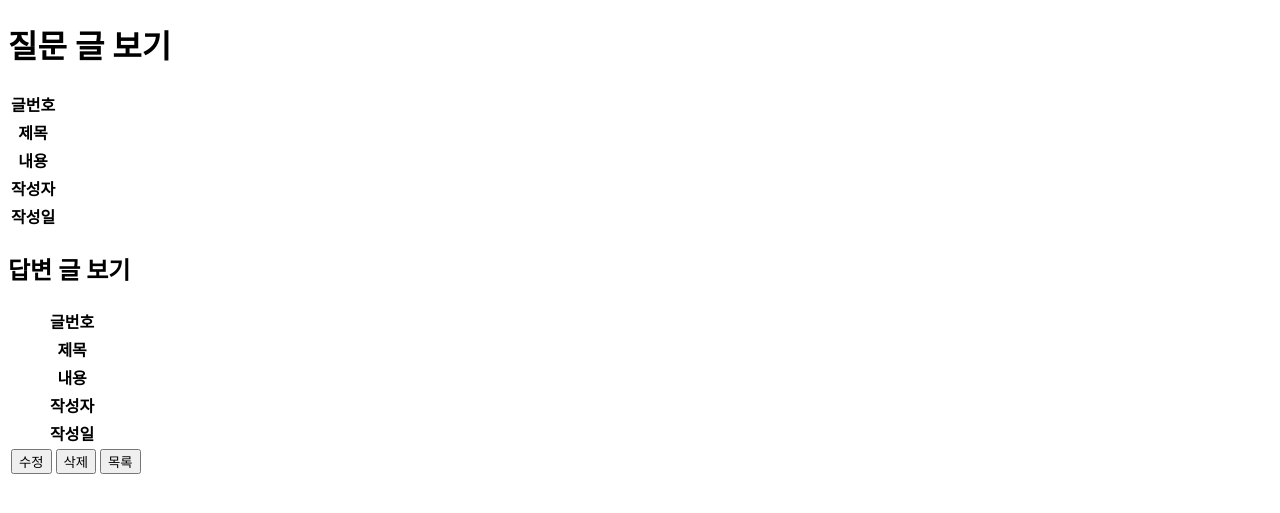
Repository: xo461/test
Page: http://localhost/cafeatte/WEB-INF/views/qna/view2.jsp
These files come from the project's save history. The page is drawn as it stood at one moment and after the next save; the edit follows.
The browser window is 1280 px wide. The pictures show the whole page.
The page is served by Tomcat 9. Nobody is signed in. Other server files are loaded and not shown. The template is opened directly, without the code that normally fills it, so the values that code supplies are empty.

Above is the page before, as saved 2020-01-02 03:47:16.
Console error: ReferenceError: $ is not defined

### web/cafeatte/WebContent/WEB-INF/views/qna/view2.jsp
<%@page import="com.cafeatte.main.Service"%>
<%@page import="com.cafeatte.main.Execute"%>
<%@page import="com.cafeatte.bean.Beans"%>
<%@taglib prefix="c" uri="http://java.sun.com/jsp/jstl/core"%>
<%@ page language="java" contentType="text/html; charset=UTF-8"
    pageEncoding="UTF-8"%>

<!DOCTYPE html>
<html>
<head>
<meta charset="UTF-8">
<title>질문답변 보기 </title>
<script type="text/javascript">
$(function() {
	// 삭제 버튼 이벤트 처리
	$("#deleteBtn").click(function () {
		if(!confirm("정말 삭제 하시겠습니까?"))
		return false; // a tag의 href를 취소 시킨다. -> location.href를 변경하는 태그 a
	});

});
</script>

<!-- Bootstrap 라이브러리 -->
</head>
<body>
<h1>질문  글 보기</h1>
<table class="table" >
<tr>
	<th>글번호</th><td>${dto.no }</td>
</tr>
<tr>
	<th>제목</th><td>${dto.title }</td>
</tr>

<tr>
	<th>내용</th><td><pre>${dto.content }</pre></td>
</tr>
<tr>
	<th>작성자</th><td>${dto.id }</td>
</tr>

<tr>
	<th>작성일</th><td>${dto.writeDate }</td>
</tr>
</table>

<h2>답변 글 보기</h2>
<table class="table" >
<tr>
	<th>글번호</th><td>${dto1.no }</td>
</tr>
<tr>
	<th>제목</th><td>${dto1.title }</td>
</tr>

<tr>
	<th>내용</th><td><pre>${dto1.content }</pre></td>
</tr>
<tr>
	<th>작성자</th><td>${dto1.id }</td>
</tr>

<tr>
	<th>작성일</th><td>${dto1.writeDate }</td>
</tr>


<tr>
	<td colspan="2">
	<c:if test="${login.grade == '9'}">

		<a href ="awriteForm.do?no=${dto.no }&cnt=0&page=${param.page}&perPageNum=${param.perPageNum}&key=${param.key}&word=${param.word}"><button>답변하기</button></a>

	</c:if>

		<a href ="updateForm.do?no=${dto.no }&cnt=0&page=${param.page}&perPageNum=${param.perPageNum}&key=${param.key}&word=${param.word}" id="answerBtn"><button>수정</button></a>
		<a href ="delete.do?no=${dto.no }&perPageNum=${param.perPageNum }" id="deleteBtn" ><button>삭제</button></a>
		<a href ="list.do?page=${param.page }&perPageNum=${param.perPageNum }&key=${param.key }&word=${param.word}"><button>목록</button></a>
	</td>
</tr>
</table>
</body>
</html>

After the next save:
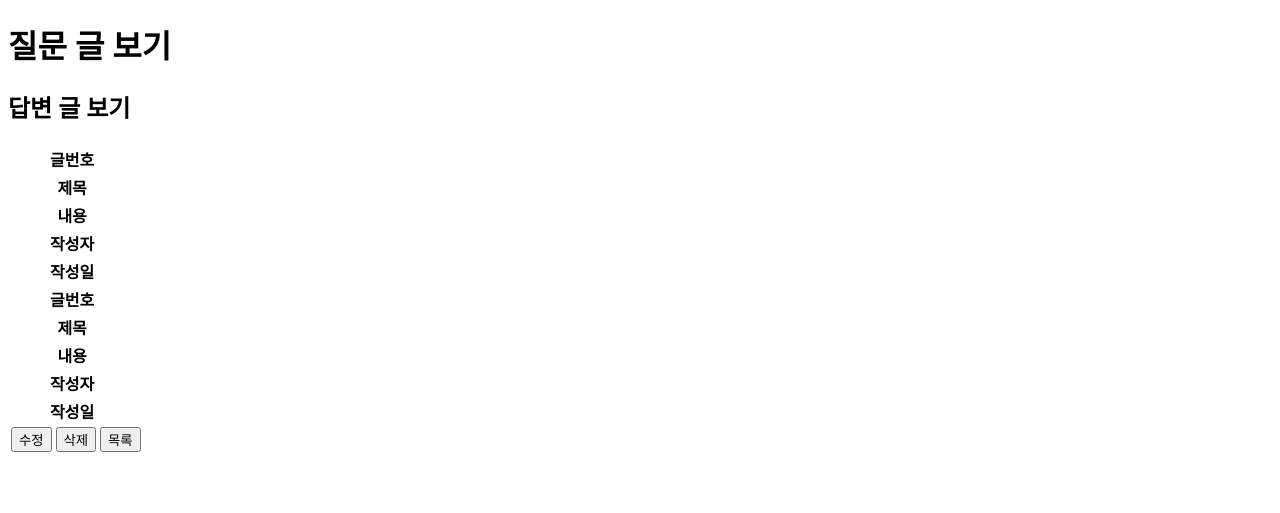
Saved 61 min 10 s later.
--- a/web/cafeatte/WebContent/WEB-INF/views/qna/view2.jsp
+++ b/web/cafeatte/WebContent/WEB-INF/views/qna/view2.jsp
@@ -43,10 +43,10 @@ $(function() {
 <tr>
 	<th>작성일</th><td>${dto.writeDate }</td>
 </tr>
-</table>
+
 
 <h2>답변 글 보기</h2>
-<table class="table" >
+
 <tr>
 	<th>글번호</th><td>${dto1.no }</td>
 </tr>
